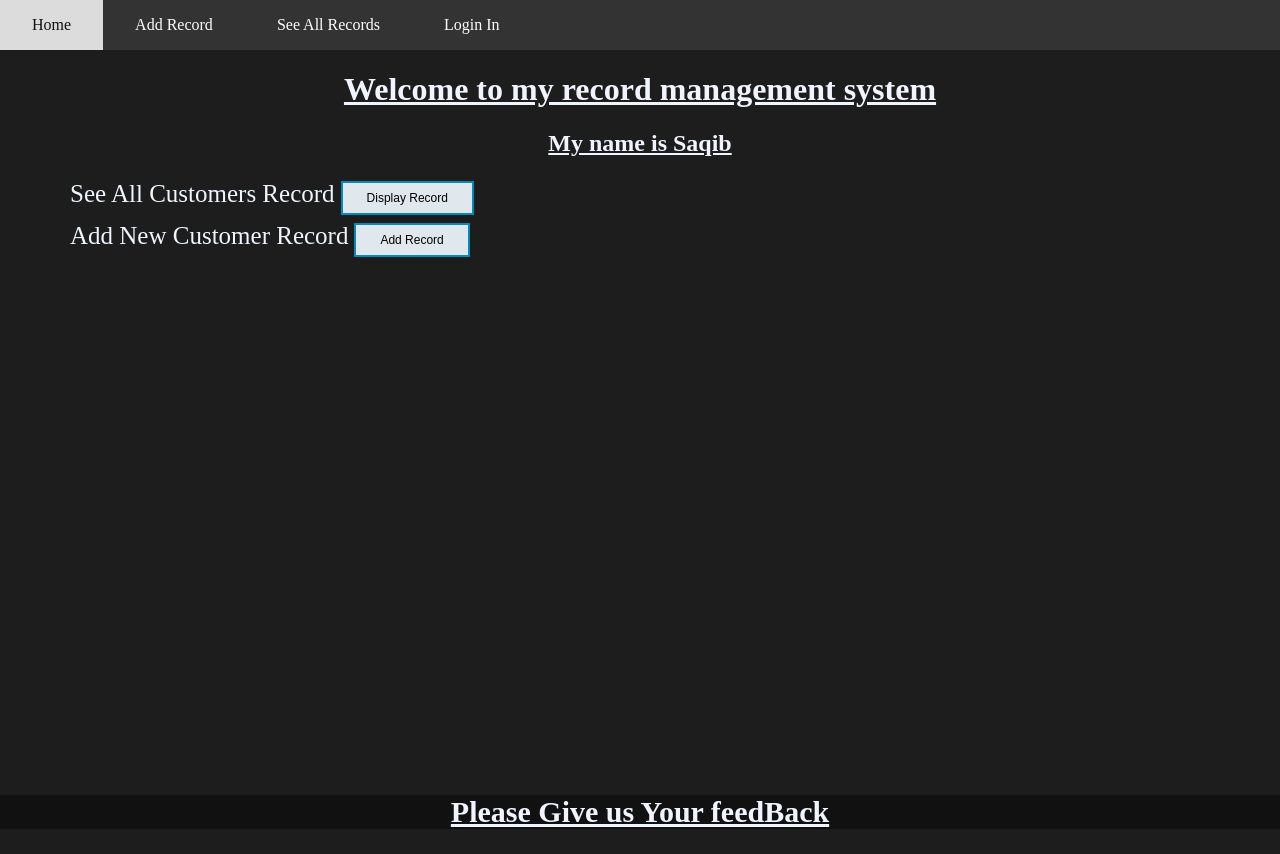
Repository: MUHAMMAD-SAQIB-2000/SpringBoot
Page: http://localhost/WebServiceRecordManagementSystem/home.jsp
These files come from the project's save history. The page is drawn as it stood at one moment and after the next save; the edit follows.
The browser window is 1280 px wide. The pictures show the whole page.
The pointer rests on the first visible `li a`.
The page is served by Tomcat 9. Other server files are loaded and not shown.

Above is the page before, as saved 2020-08-12 14:06:55.

### WebServiceRecordManagementSystem/src/main/webapp/home.jsp
<%@ page language="java" contentType="text/html; charset=ISO-8859-1"
	pageEncoding="ISO-8859-1"%>
<!DOCTYPE html>
<html>
<head>
<meta charset="ISO-8859-1">
<title>Record Management System</title>
<link rel="stylesheet" href="style.css">
</head>
<body>
	<div>
		<ul>
			<li><a class="active" href="#home">Home</a></li>
			<li><a href="#news">Add Record</a></li>
			<li><a href="#contact">See All Records</a></li>
			<li><a href="#about">Login In</a></li>
		</ul>
	</div>

	<div class="mainBody">

		<h1 class="h">Welcome to my record management system</h1>
		<h2 class="h">My name is Saqib</h2>
		<div class="form">
			<label class="title">See All Customers Record</label>
			<button class="button button2"
				onclick="window.location.href = 'displayAllCustomers' ">Display
				Record</button>
			<br> <label class="title">Add New Customer Record</label>
			<button class="button button2"
				onclick="window.location.href = 'addCustomerForm' ">Add
				Record</button>
		</div>
	</div>
	<footer class="foter">
		<h2 class="h">Please Give us Your feedBack</h2>
	</footer>
</body>
</html>

### WebServiceRecordManagementSystem/src/main/webapp/style.css
@charset "ISO-8859-1";

body {
	margin: 0px;
	padding: 0px;
	background-color:#1d1d1d;
}

ul {
	list-style-type: none;
	margin: 0;
	padding: 0;
	overflow: hidden;
	background-color: #333;
	position: fixed;
	top: 0;
	width: 100%;
}

li {
	float: left;
}

li a {
	display: block;
	color: white;
	text-align: center;
	padding: 16px 32px;
	text-decoration: none;
	font-size:16px;
}

li a:hover {
	background-color: 	#DCDCDC;
	color:#111;
}

.active {
	background-color: #4CAF50;
}
.mainBody{
	padding: 20px 20px;
	margin-top:30px;
	height:700px;
}

.h {
	color: #eff4ff;
	text-align: center;
	text-decoration: underline;
}

table, th, td {
	background-color: #E1E8ED;
	color: #111;
	text-align: center;
	border: 2px solid #008CBA;
	margin: 10px;
	padding: 5px;
}

th:hover, td:hover {
	border: 2px solid #111;
	background-color: #008CBA;
	color: white;
	transition-duration: 0.4s;
}

.tableCSS {
	background-color: #E1E8ED;
	color: #111;
	margin: 5% 22%;
}

.button {
	border: none;
	color: white;
	padding: 8px 24px;
	text-align: center;
	text-decoration: none;
	display: inline-block;
	font-size: 12px;
	margin: 4px 2px;
	transition-duration: 0.4s;
	cursor: pointer;
}

.button2 {
	background-color: #E1E8ED;
	color: black;
	border: 2px solid #008CBA;
}

.button2:hover {
	background-color: #008CBA;
	color: white;
}

.form {
	text-align: left;
	margin-left: 50px;
}

form {
	width: 100%;
	padding: 12px 20px;
	margin: 8px 0;
	box-sizing: border-box;
}

.title {
	font-size: 25px;
	color: #eff4ff;
}
.para{
	font-size: 14px;
	color: #eff4ff;
}
select {
  width: 20%;
  padding: 12px 16px;
  border: none;
  border-radius: 4px;
  background-color: #f1f1f1;
}
.inputForm {
	width: 30%;
	padding: 10px 18px;
	margin: 6px 0;
	box-sizing: border-box;
	background-color: #F7F7F7;
	color: #111;
	border: 2px solid #00aba9;
  	border-radius: 4px;
}
.inputForm:focus {
  border: 3px solid #555;
}
radiobutton {
	size: 10px;
}

option:hover {
	background-color: #008CBA;
	color: white;
}

a {
	text-decoration: none;
	color: #111;
}

a:hover {
	color: #fff;
	font-size: 16px;
}
.foter{
	background-color: #111;
	color:#fff;
	font-size:20px;
}

After the next save:
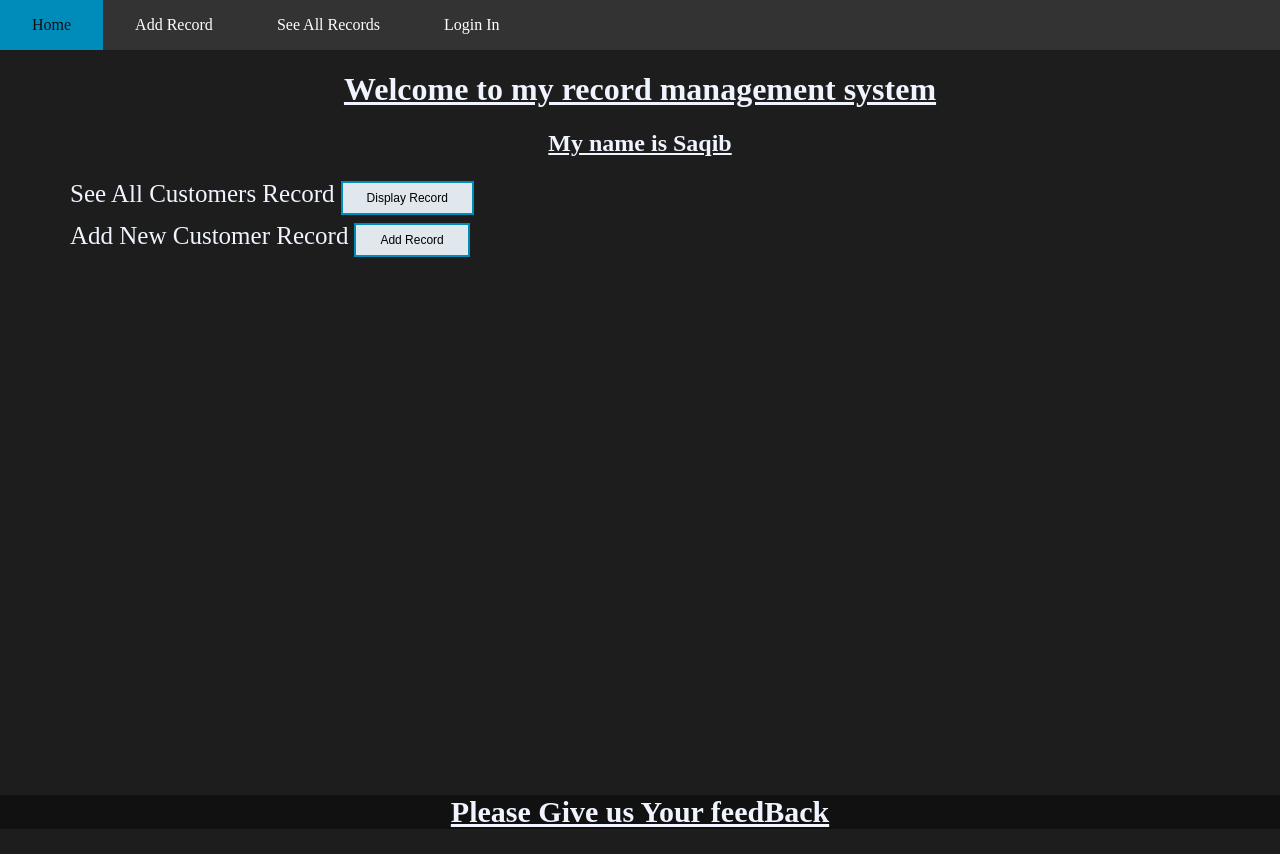
Saved 100 s later.
--- a/WebServiceRecordManagementSystem/src/main/webapp/style.css
+++ b/WebServiceRecordManagementSystem/src/main/webapp/style.css
@@ -31,7 +31,7 @@ li a {
 }
 
 li a:hover {
-	background-color: 	#DCDCDC;
+	background-color:#008CBA;
 	color:#111;
 }
 
